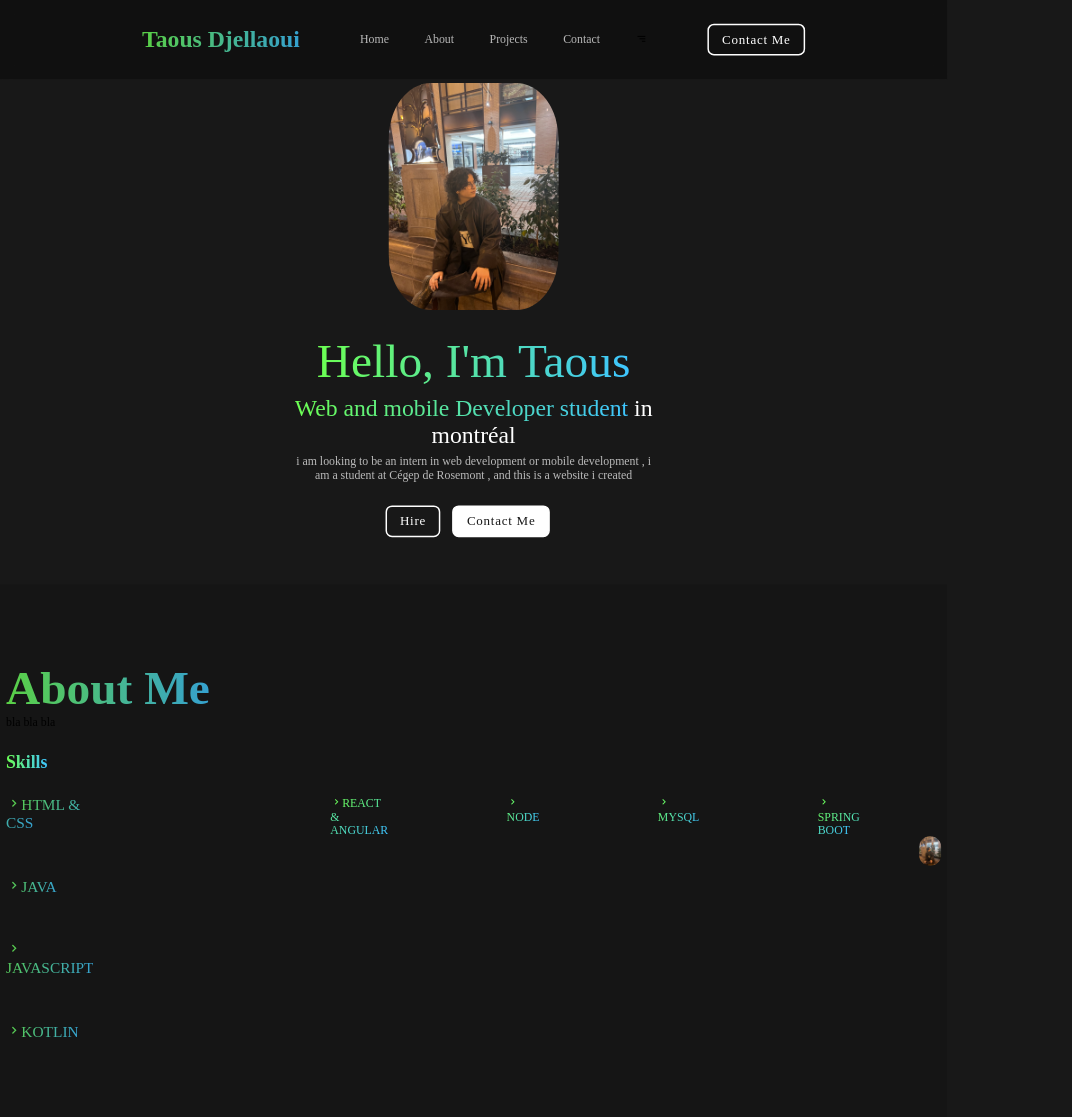
Repository: taousdjellaoui/portfolio-
Page: portfolio/index.html
The author's editor kept a copy of each file at every save. The page is drawn from the files as they stood at one save, then again after the next save.
The browser window is 1280 px wide. The page is 1280 px wide, then 1449 px, so the pictures cover 1449 px, including what lies to the right of the window. The pictures show the whole page, at 74% of full size.

Above is the page before, as saved 2024-09-23 22:15:24.

### portfolio/index.html
<!DOCTYPE html>
<html lang="en">
  <head>
    <meta charset="UTF-8" />
    <meta name="viewport" content="width=device-width, initial-scale=1.0" />
    <title>Portfolio Website</title>
    <link rel="stylesheet" href="style.css" />
    <link href='https://unpkg.com/boxicons@2.1.4/css/boxicons.min.css' rel='stylesheet'>
  </head>
  <body>
    <nav>
      <a href="#" class="logo"><span>Taous Djellaoui</span></a>
      <ul class="links">
        <a href="#home">Home</a>
        <a href="#about">About</a>
        <a href="#projects">Projects</a>
        <a href="#contact">Contact</a>
        <i class='bx bx-menu-alt-right' id="Menu"></i>
      </ul>
      <a href="#contact" class="btn">Contact Me</a>

    </nav>
    <section id="home">
      <img src="image.jpg" alt="">
      <div class="info-box">
        <h1><span>Hello, I'm Taous</span></h1>
        <h3><span>Web and mobile Developer student</span> in montréal</h3>
        <p>i am looking to be an intern in web development or mobile development , i am a student
           at Cégep de Rosemont , and this is a website i created  </p>
      </div>
      <div class="btn-box">
        <div class="btn">Hire</div>
        <div class="btn">Contact Me</div>
        <div></div>

      </div>
    </section>

    <section id="about">
      <div class="about-box">
        <div class="about-info">
          <h1><span>About Me</span></h1>
          <p>bla bla bla </p>

        </div>
        <h2><span>Skills</span></h2>
        <div class="skills">
          <ul>
            <li>
              <span><i class='bx bx-chevron-right' ></i>HTML & CSS</span>
            </li>
            <li>
              <span><i class='bx bx-chevron-right' ></i>JAVA</span>
            </li>
            <li>
              <span><i class='bx bx-chevron-right' ></i>JAVASCRIPT</span>
            </li>
            <li>
              <span><i class='bx bx-chevron-right' ></i>KOTLIN</span>
            </li>
          </ul>
          <ul></ul>
            <li>
              <span><i class='bx bx-chevron-right' ></i>REACT & ANGULAR</span>
            </li>
            <li>
              <span><i class='bx bx-chevron-right' ></i>NODE</span>
            </li>
            <li>
              <span><i class='bx bx-chevron-right' ></i>MYSQL</span>
            </li>
            <li>
              <span><i class='bx bx-chevron-right' ></i>SPRING BOOT</span>
            </li>
          </ul>
        </div>

      </div>
      <img src="image.jpg" alt="">
    </section>


    <script src="script.js"></script>
  </body>
</html>

### portfolio/style.css
* {
  margin: 0;
  padding: 0;
  box-sizing: border-box;
  text-decoration: none;
  list-style: none;
  scroll-behavior: smooth;
  font-family: "Poppins";
}
:root {
  --background: rgb(24, 24, 24);
  --second-background: rgb(21, 21, 21);
}
body{
  min-height: 100vh;
  background-color: var(--background);
}
nav{
position:fixed;
top:0;
width: 100%;
padding: 2em 15%;
display: flex;
align-items: center;
justify-content: space-between;
background-color:rgba(15,15,15,0.8);
backdrop-filter: blur(10px);
z-index: 1000;
}
ul{
  display:flex;
  align-items: center;
  gap: 3em;

}
nav ul a{
  color: white;
  opacity: 0.7;
  transition:0.2s ease-in-out;
}
nav ul a:hover{
  opacity: 1;

}
.logo{
  font-size:2em;
  color: white;
  font-weight: 800;
  opacity: 0.8;
  transition: 0.2s ease-in-out;

}
.logo:hover{
  opacity: 1;
}
.btn{
  padding : 0.5em 1em;
  color : white;
  font-weight: 500;
  letter-spacing:1px ;
  border-radius: 0.5em;
  font-size: 1.1em;
  border: 2px solid white;
  cursor: pointer;
  transition: 0.3s ease-in-out;

}
.btn:hover{
  background-color: white;
  color: var(--background);

}
span{
  background: linear-gradient(to right,#6cff52,#3ec5ff);
  background-clip: text;
  color:transparent;
}
#menu{
  color:white;
  font-size:3em;
  display:none;
}
section{
  min-height: 100vh;
  padding: 5% 15%;
}
#home{
display: flex;
flex-direction: column;
align-items:center;
justify-content: center;
gap:2em;
color:white;

}
#home img{
width:18vw;
border-radius: 25%;
margin-top: 3em;

}
.info-box{
  display: flex;
  flex-direction: column;
  text-align: center;
  gap: 0.5em;
  max-width: 500px;

}
.info-box h1{
  font-size:4em;
  font-weight: 500;
}
.info-box h3{
  font-size:2em;
  font-weight: 400;
}
.info-box p{
 opacity:0.7;
}
.btn-box{
  display: flex;
  gap: 1em;
}
.btn-box .btn:nth-of-type(2){
  background-color:white;
  color: var(--background)
}
.btn-box .btn:nth-of-type(2):hover{
  background-color: var(--background);
  color:white;

}
::-webkit-scrollbar{
  width: 20px;
  background-color: var(--background);
}
::-webkit-scrollbar-thumb{
  background: linear-gradient(to bottom,#788077,#a8b2b7);

}
#about{
  background-color: var(--second-background);
  display: flex;
  align-items:center;
  justify-content: center;
  gap: 5em;

}
#about img{
  width: 30px;
  border-radius:1em;

}
.about-box{
  display:flex;
  flex-direction: column;
  text-align: left;
  gap: 2em;
}
.about-box h1{
  font-size: 4em;
}
.about-box h1{
color:white;
opacity:0.8;
}
.skills{
  display:flex;
  text-align: left;
  gap: 10em;

}
.skills ul{
  font-size: 1.3em;
  font-weight: 500;
  display:flex;
  flex-direction: column;
  color:white;
  opacity:0.8;
  align-items: baseline;
}

Loaded but not shown: portfolio/script.js (no stored copy; drawn as an empty file)

After the next save:
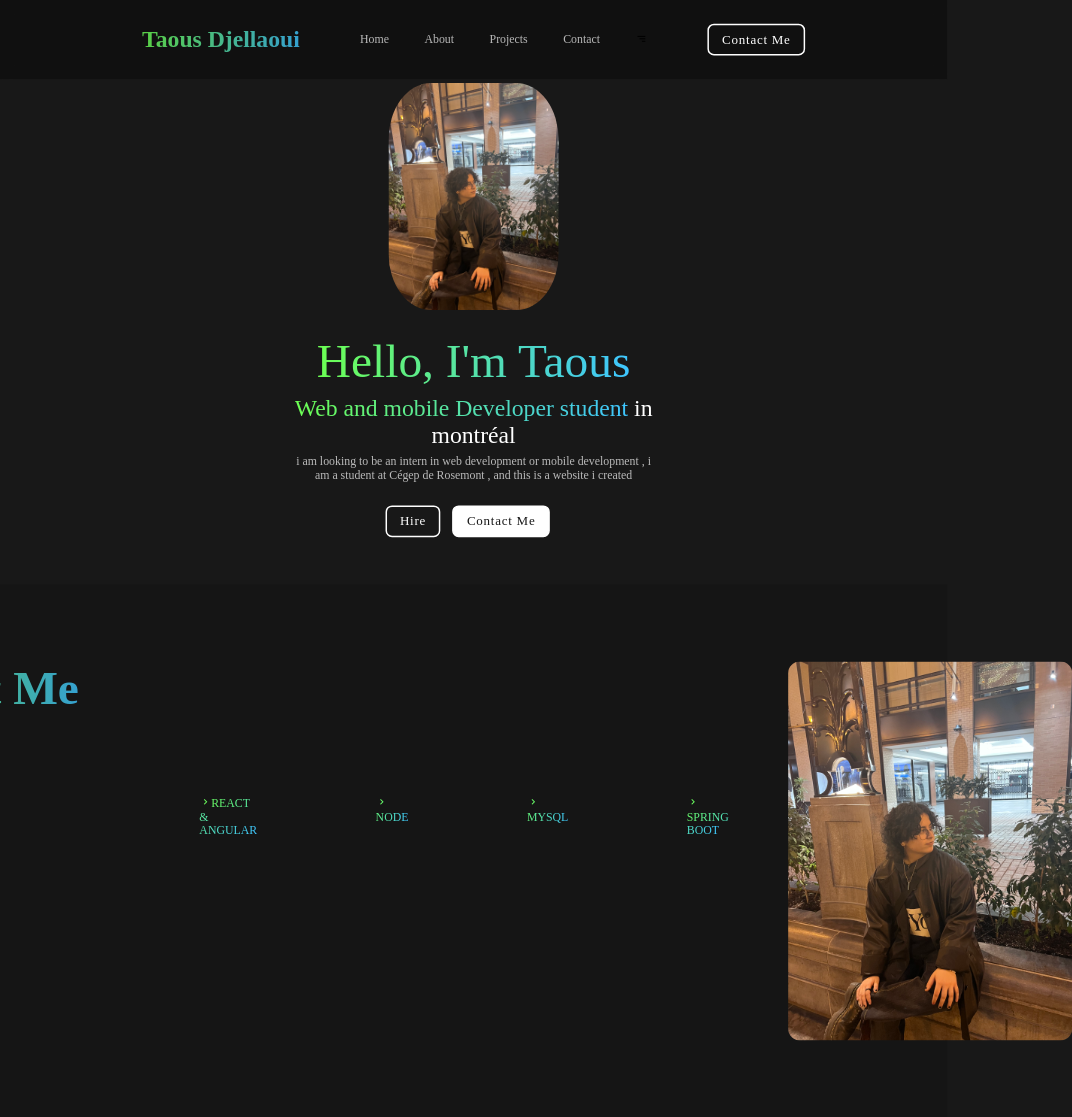
Saved 28 s later.
--- a/portfolio/style.css
+++ b/portfolio/style.css
@@ -148,7 +148,7 @@ margin-top: 3em;
 
 }
 #about img{
-  width: 30px;
+  width: 30vw;
   border-radius:1em;
 
 }
